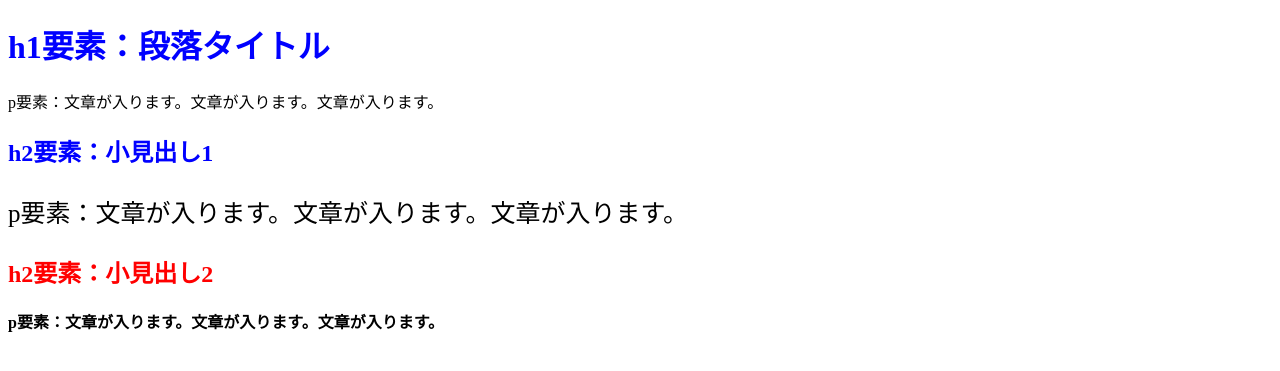
Repository: go-nakao/samurai_HTML-CSS
Page: index.html
The author's editor kept a record of every edit. The page is drawn from the files as they stood at one moment, then again after the next edit.
The browser window is 1280 px wide. The pictures show the whole page.

Above is the page before.

### index.html
<!DOCTYPE html><!--ドックタイプ宣言-->
<html lang="ja">
  <head>
    <meta charset="UTF-8">
    <title>HTML/CSSの学習</title>
    <!--id属性値をセレクタとして指定-->
    <!--class属性値をセレクタに指定する場合は、先頭に.（ピリオド）をつけます。-->
    <style>
      #red {
        color: red;
      }
      .blue{
        color:blue;
      }
    </style>
  </head>
  <body>
    <h1 class="blue">h1要素：段落タイトル</h1>
    <p>p要素：文章が入ります。文章が入ります。文章が入ります。</p>
    <h2 class="blue">h2要素：小見出し1</h2>
    <p style="font-size: 25px;">
      p要素：文章が入ります。文章が入ります。文章が入ります。
    </p>
    <h2 id="red">h2要素：小見出し2</h2><!--属性値がredという名札であるid属性をh2要素に付与しています。-->
    <p style="font-weight: bold;">
      p要素：文章が入ります。文章が入ります。文章が入ります。
    </p>
  </body>
 </html>

### stylesheet.css
@charset "utf-8";

body {
	margin: 0;
	padding: 0;
	font-family: "ヒラギノ角ゴ Pro W3", "Hiragino Kaku Gothic Pro", "メイリオ", Meiryo, Osaka, "ＭＳ Ｐゴシック", "MS PGothic", sans-serif;
	color: #333;
	font-size: 13px;
	line-height: 150%;
}

/* -------------------- wrapper -------------------- */
#wrapper {
	width: 100%;
	margin: auto;
	padding: 0px;
	border: 0px;
	background-color: #FFF;
	top: 10px;
	position: relative;
}

/* -------------------- header -------------------- */
#header {
	width: 100%;
}
#header h1 {
	 margin: 0;	 padding: 0;
}
#corridor {
	width: 100%;	 height: auto;
}
/* -------------------- footer -------------------- */
#footer {
	clear: both;
 	 width: 100%;
 	 padding: 3px 0 3px 0;
	 background: #39F;
 	 color: #FFF;
	 font-weight: bold;
	 text-align: center;
	 }
	 /* -------------------- nav -------------------- */
 #nav {
	 width: 100%;
 }
 #nav ul {
 	display: flex;
	margin: 0;
	padding: 0;
	list-style-type: none;
 }
 #nav ul li {
	 width: 20%;
	 text-align: center;
 }
 #nav ul li a {
	 display: block;
	 height: 20px;
	 margin: 0;
	 padding: 10px;
	 color: #FFF;
	 font-size: 20px;
	 text-decoration: none;
	 background-color: green;
 }
 #nav ul li a:hover{
 	filter: drop-shadow(10px 10px 10px black);
 }
 /* -------------------- container -------------------- */
 #container {
	 width: 100%;
	 margin: auto ;
	 padding-top: 20px;
	 clear: both;
	 display: grid;
	 grid-template-columns: 70vw 30vw; /*vw	viewport width	ビューポートの幅に対する割合*/
 }
 /* -------------------- main -------------------- */
 #main {
	 width: 95%;
	 padding: 10px 30px 10px 10px;
 }
 #main h2 {
	 margin: 0 0 10px 0;
	 padding: 3px 10px 3px 10px;
	 color: #FFF;
	 font-size: 16px;
	 border-left: solid 10px #C00;
	 background: #F90 url(../images/main_h2.jpg) right top repeat-y;
 }
 #main p {
	 margin: 0;
	 padding: 0;
 }
 #main .post {
	 margin: 0 0 30px 0;
 }

 #main .post img.right {
	 margin: 0 0 0 8px;
 }
 #main .post img.left {
	 margin: 0 8px 0 0;
 }

 .right {
	 float: right;
	 width: 40%;
	 height: auto;
 }
 .left {
	 float: left;
	 width: 40%;
	 height: auto;
 }
 /* -------------------- clearfix -------------------- */
 .clearfix {
	 zoom: 1;
 }
 .clearfix:after{
	 content: "";
	 display: block;
	 clear: both;
 }
 /* -------------------- side -------------------- */
#side {
	width: 85%;
	padding: 20px;
	background-color: #F99;
}
#side .box {
	margin: 0 auto 30px auto;
	padding: 0 0 20px 0;
	background: url(images/side_box.png) bottom no-repeat;
}
#side .box h2 {
	margin: 0;
	padding: 8px;
	text-align: center;
	color: #fff;
	font-size: 16px;
	line-height: 16px;
	font-weight: normal;
	background: url(images/side_box_h2.png) center no-repeat;
}
#side .box .boxBody {
	padding: 8px;
	border-right: solid 1px #C36;
	border-bottom: solid 1px #C36;
	border-left: solid 1px #C36;
	background: #fff;
}
#side .box .boxBody ul {
	margin: 0 0 16px 0;
	padding: 0;
}
#side .box .boxBody ul li {
	padding: 8px 0 8px 4px;
	list-style: none;
	border-bottom: solid 1px #C36;
}
#side .box .boxBody ul li:hover{
	padding: 8px 0 8px 4px;
	list-style: none;
	border-bottom: solid 1px #C36;
	box-shadow: 0px 4px 4px rgba(0, 0, 0, 0.3);
}

After the next edit:
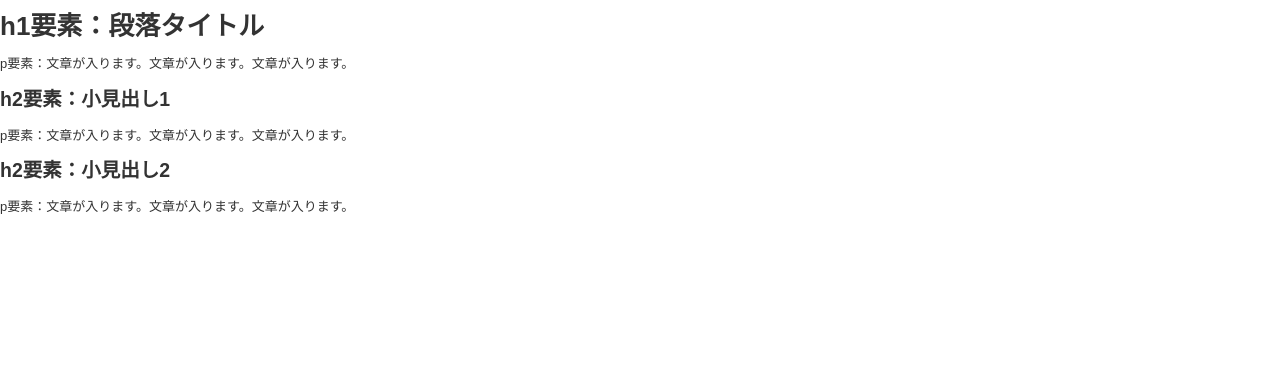
The edit:
--- a/index.html
+++ b/index.html
@@ -1,28 +1,20 @@
-<!DOCTYPE html><!--ドックタイプ宣言-->
+<!DOCTYPE html>
 <html lang="ja">
   <head>
     <meta charset="UTF-8">
     <title>HTML/CSSの学習</title>
-    <!--id属性値をセレクタとして指定-->
-    <!--class属性値をセレクタに指定する場合は、先頭に.（ピリオド）をつけます。-->
-    <style>
-      #red {
-        color: red;
-      }
-      .blue{
-        color:blue;
-      }
-    </style>
+    <!-- stylesheet.cssの読み込み -->
+    <link rel="stylesheet" href="stylesheet.css">
   </head>
   <body>
     <h1 class="blue">h1要素：段落タイトル</h1>
     <p>p要素：文章が入ります。文章が入ります。文章が入ります。</p>
     <h2 class="blue">h2要素：小見出し1</h2>
-    <p style="font-size: 25px;">
+    <p class="fs-25">
       p要素：文章が入ります。文章が入ります。文章が入ります。
     </p>
-    <h2 id="red">h2要素：小見出し2</h2><!--属性値がredという名札であるid属性をh2要素に付与しています。-->
-    <p style="font-weight: bold;">
+    <h2 id="red">h2要素：小見出し2</h2>
+    <p class="fw-bold">
       p要素：文章が入ります。文章が入ります。文章が入ります。
     </p>
   </body>
